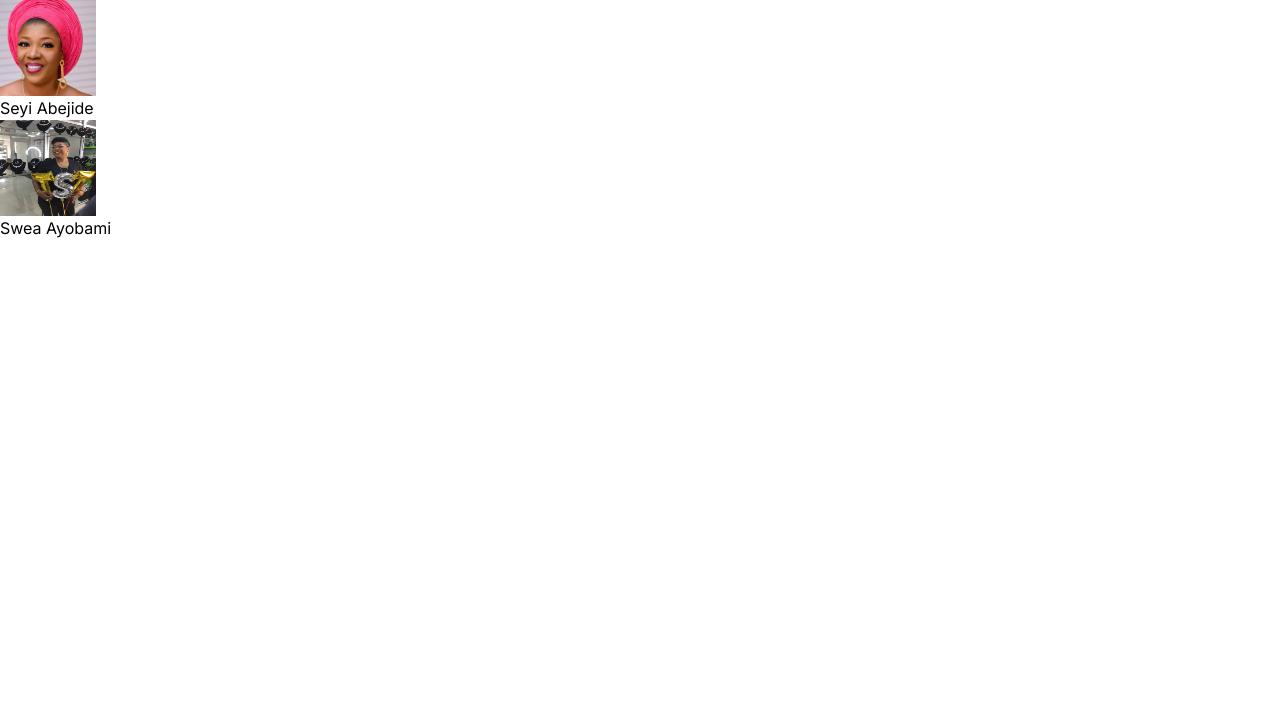
Repository: Semanmernstack/Bincom
Page: /
The author's editor kept a copy of each file at every save. The page is drawn from the files as they stood at one save, then again after the next save.
The browser window is 1280 px wide. The pictures show the whole page.
The project was rebuilt for these pictures with package versions that can differ from the ones it lists, and the page was loaded fresh each time. The framework's server and built-in components were replaced by stand-ins that run in the browser. Also part of the build but not shown: next.config.mjs.

Above is the page before, as saved 2024-01-25 05:02:07.

### app/page.tsx
import slidefour from "../public/slidefour.png"


import slidethree from "../public/slidethree.png"
import SetUp from "./components/SetUp";
interface B {
  id: string
  title: string
  image: string
}

const gender = [
  {
    id: "1",
    title: "Seyi Abejide",
    image:"slidefour.png",

  },
  {
    id: "2",
    title: "Swea Ayobami",
    image: "slidethree.png",

  },
];



export default function Home() {
  return (
    <main className="">

        {gender.map((p, index)=> (
          <div key={index}>
            <SetUp
              id={p.id}
              title={p.title}
              image={p.image}
            />
          </div>

        ))}


    </main>
  );
}

### app/components/SetUp.tsx
import React from 'react'
interface B {
    id: string
    title: string
    image: string
}


function SetUp({id, title, image}:B) {
  return (
    <div>
        <img src={image} alt="image" className='h-24 w-24' />
        <h1>{title}</h1>
    </div>
  )
}

export default SetUp

Loaded but not shown: app/layout.tsx (common file); app/globals.css (common file); tailwind.config.ts (common file)

After the next save:
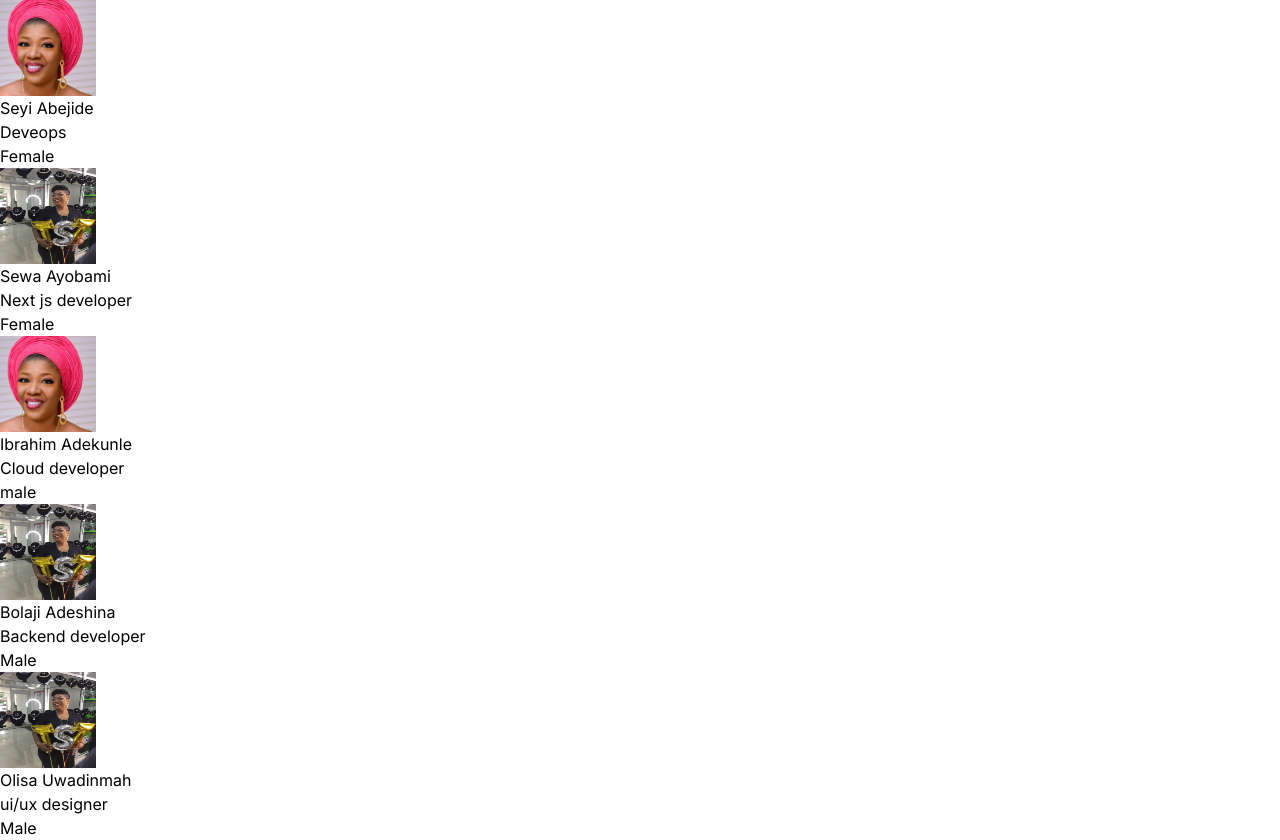
Saved 14 min 35 s later.
--- a/app/page.tsx
+++ b/app/page.tsx
@@ -3,25 +3,51 @@ import slidefour from "../public/slidefour.png"
 
 import slidethree from "../public/slidethree.png"
 import SetUp from "./components/SetUp";
-interface B {
-  id: string
-  title: string
-  image: string
-}
 
-const gender = [
+
+const data = [
   {
     id: "1",
     title: "Seyi Abejide",
     image:"slidefour.png",
+    role: "Deveops",
+    gender: "Female",
 
   },
   {
     id: "2",
-    title: "Swea Ayobami",
+    title: "Sewa Ayobami",
     image: "slidethree.png",
+    role: "Next js developer",
+    gender: "Female"
 
   },
+  {
+    id: "3",
+    title: "Ibrahim Adekunle",
+    image:"slidefour.png",
+    role: "Cloud developer",
+    gender: "male",
+
+  },
+  {
+    id: "4",
+    title: "Bolaji Adeshina",
+    image: "slidethree.png",
+    role: "Backend developer",
+    gender: "Male",
+
+  },
+  {
+    id: "5",
+    title: "Olisa Uwadinmah",
+    image: "slidethree.png",
+    role: "ui/ux designer",
+    gender: "Male",
+
+  },
+
+
 ];
 
 
@@ -30,12 +56,14 @@ export default function Home() {
   return (
     <main className="">
 
-        {gender.map((p, index)=> (
+        {data.map((p, index)=> (
           <div key={index}>
             <SetUp
               id={p.id}
               title={p.title}
               image={p.image}
+              role={p.role}
+              gender= {p.gender}
             />
           </div>
 
--- a/app/components/SetUp.tsx
+++ b/app/components/SetUp.tsx
@@ -3,14 +3,28 @@ interface B {
     id: string
     title: string
     image: string
+    role: string
+    gender: string
 }
 
 
-function SetUp({id, title, image}:B) {
+function SetUp({id, title, image, role, gender}:B) {
   return (
     <div>
-        <img src={image} alt="image" className='h-24 w-24' />
+      <img src={image} alt="image" className='h-24 w-24' />
+      <div>
         <h1>{title}</h1>
+        <div>
+          <h2>{role}</h2>
+          <h2>{gender}</h2>
+        </div>
+
+        <div>
+
+        </div>
+
+      </div>
+
     </div>
   )
 }
